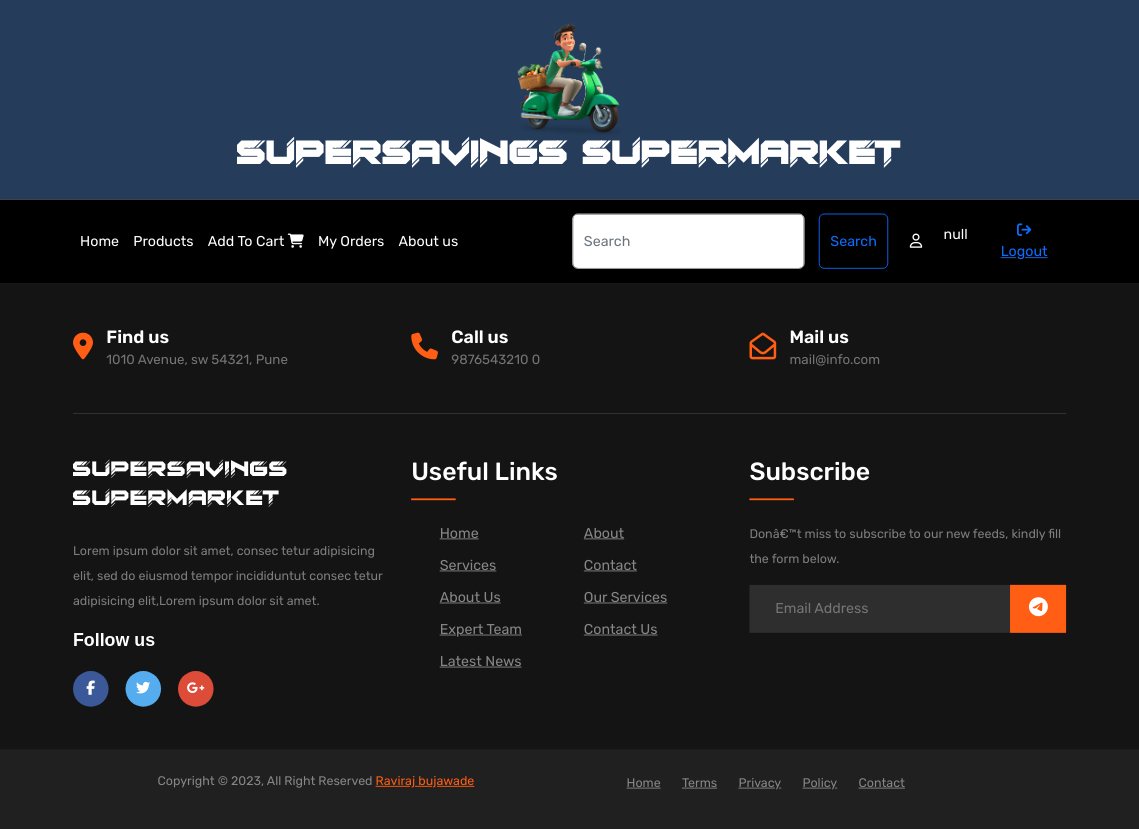
Repository: Raviraj39/SuperSaving-Online-Supermarket-Website
Page: http://localhost/Super_market/products.jsp
The author's editor kept a copy of each file at every save. The page is drawn from the files as they stood at one save, then again after a run of saves.
The browser window is 1280 px wide. The pictures show the whole page, at 89% of full size.
The page is served by Tomcat 9. Queries for data that is not in the repository find no rows.

Above is the page before, as saved 2023-12-28 07:27:25.

After the next 2 saves:
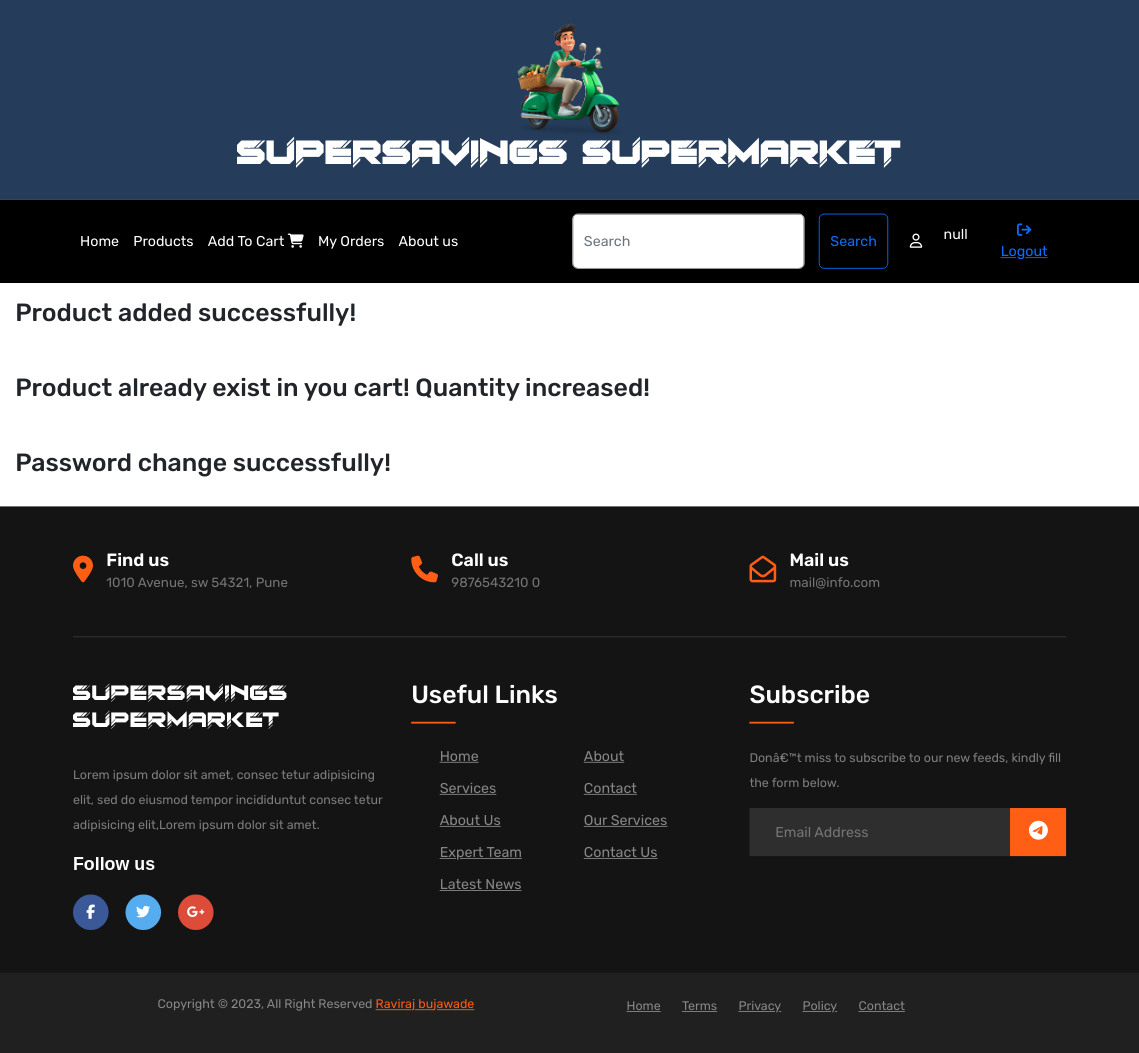
The 2 saves are shown as one change because they came seconds apart.
The last was saved 3 min 45 s later.
--- a/Super_market/src/main/webapp/products.jsp
+++ b/Super_market/src/main/webapp/products.jsp
@@ -22,6 +22,14 @@
 
 
 		<%@ include file="Header.jsp"  %>
+
+
+
+<h3 class="alert">Product added successfully!</h3>
+
+<h3 class="alert">Product already exist in you cart! Quantity  increased!</h3>
+
+<h3 class="alert">Password change successfully!</h3>
 	<section>
 		<div class="mx-0 my-0 p-0">
 			<div class="d-flex flex-coloumn justify-content-center flex-wrap align-items-center m-0 p-0">

After the 6 saves that followed:
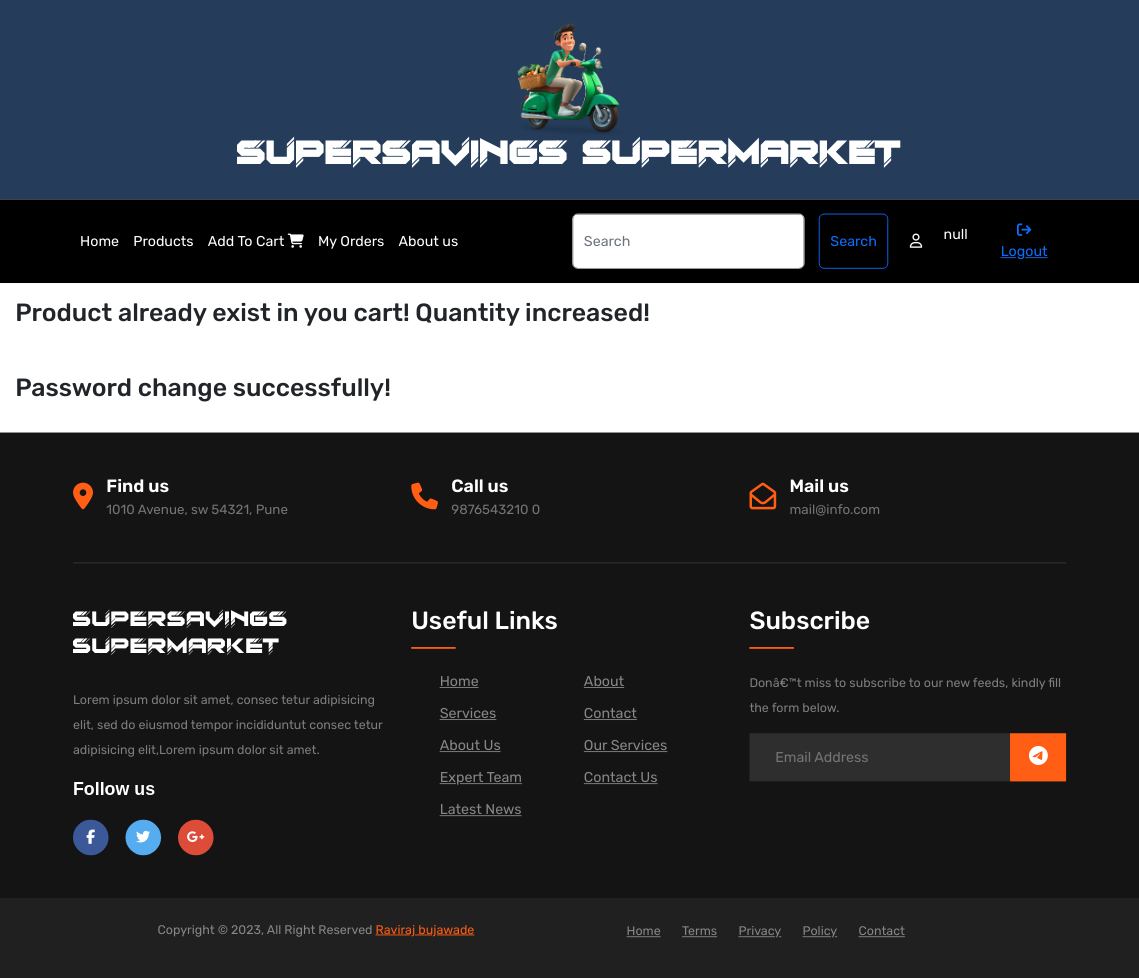
The 6 saves are shown as one change because 2 did not build or start and 2 left the picture as it was and some came seconds apart.
The last was saved 119 s later.
--- a/Super_market/src/main/webapp/products.jsp
+++ b/Super_market/src/main/webapp/products.jsp
@@ -24,8 +24,13 @@
 		<%@ include file="Header.jsp"  %>
 
 
-
+<%
+		String msg=request.getParameter("msg");
+if("added".equals(msg))
+{
+%>
 <h3 class="alert">Product added successfully!</h3>
+<%} %>
 
 <h3 class="alert">Product already exist in you cart! Quantity  increased!</h3>
 
